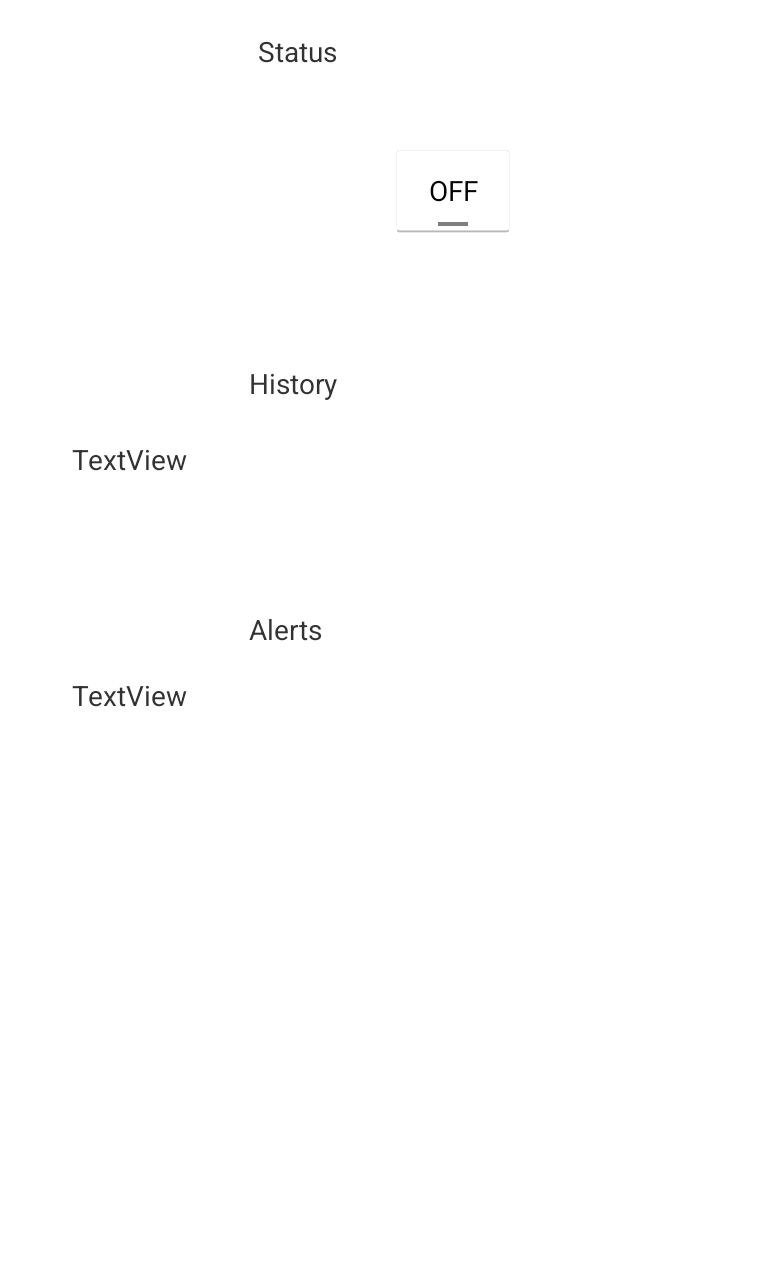
Repository: CTIS-SP-Team5/greenAgent
Layout: Android/GreenAgent/GreenAgent/res/layout/activity_actuator.xml
The author's editor kept a copy of each file at every save. The layout is drawn from the files as they stood at one save, then again after the next save.
It is drawn on a 768 x 1280 px phone screen (xhdpi) without system bars, with theme AppTheme; the app's code is not run.

Above is the layout before, as saved 2014-05-05 17:50:31.

### Android/GreenAgent/GreenAgent/res/layout/activity_actuator.xml
<RelativeLayout xmlns:android="http://schemas.android.com/apk/res/android"
    xmlns:tools="http://schemas.android.com/tools"
    android:layout_width="match_parent"
    android:layout_height="match_parent"
    android:paddingBottom="@dimen/activity_vertical_margin"
    android:paddingLeft="@dimen/activity_horizontal_margin"
    android:paddingRight="@dimen/activity_horizontal_margin"
    android:paddingTop="@dimen/activity_vertical_margin"
    tools:context=".ActuatorActivity" >

    <TextView
        android:id="@+id/textView2"
        android:layout_width="wrap_content"
        android:layout_height="wrap_content"
        android:layout_alignParentLeft="true"
        android:layout_marginLeft="113dp"
        android:text="Status" />

    <TextView
        android:id="@+id/textView1"
        android:layout_width="wrap_content"
        android:layout_height="wrap_content"
        android:layout_alignParentLeft="true"
        android:layout_below="@+id/textView2"
        android:layout_marginLeft="30dp"
        android:layout_marginTop="23dp"
        android:textSize="40dp"/>

    <ToggleButton
        android:id="@+id/toggleButton1"
        android:layout_width="wrap_content"
        android:layout_height="wrap_content"
        android:layout_alignBaseline="@+id/textView1"
        android:layout_alignBottom="@+id/textView1"
        android:layout_marginLeft="26dp"
        android:layout_toRightOf="@+id/textView2"
        android:text="ToggleButton" />

    <TextView
        android:id="@+id/textView3"
        android:layout_width="wrap_content"
        android:layout_height="wrap_content"
        android:layout_below="@+id/toggleButton1"
        android:layout_marginTop="63dp"
        android:layout_toLeftOf="@+id/toggleButton1"
        android:text="History" />

    <TextView
        android:id="@+id/textView4"
        android:layout_width="wrap_content"
        android:layout_height="wrap_content"
        android:layout_alignLeft="@+id/textView3"
        android:layout_below="@+id/textView3"
        android:layout_marginTop="104dp"
        android:text="Alerts" />

    <TextView
        android:id="@+id/textView5"
        android:layout_width="wrap_content"
        android:layout_height="wrap_content"
        android:layout_alignParentLeft="true"
        android:layout_below="@+id/textView3"
        android:layout_marginLeft="20dp"
        android:layout_marginTop="19dp"
        android:text="TextView" />

    <TextView
        android:id="@+id/textView6"
        android:layout_width="wrap_content"
        android:layout_height="wrap_content"
        android:layout_alignLeft="@+id/textView5"
        android:layout_below="@+id/textView4"
        android:layout_marginTop="14dp"
        android:text="TextView" />

</RelativeLayout>

Loaded but not shown: Android/GreenAgent/GreenAgent/res/values/styles.xml (common file); Android/GreenAgent/GreenAgent/res/values-v11/styles.xml (common file); Android/GreenAgent/GreenAgent/res/values-v14/styles.xml (common file); Android/GreenAgent/GreenAgent/res/values/dimens.xml (common file)

After the next save:
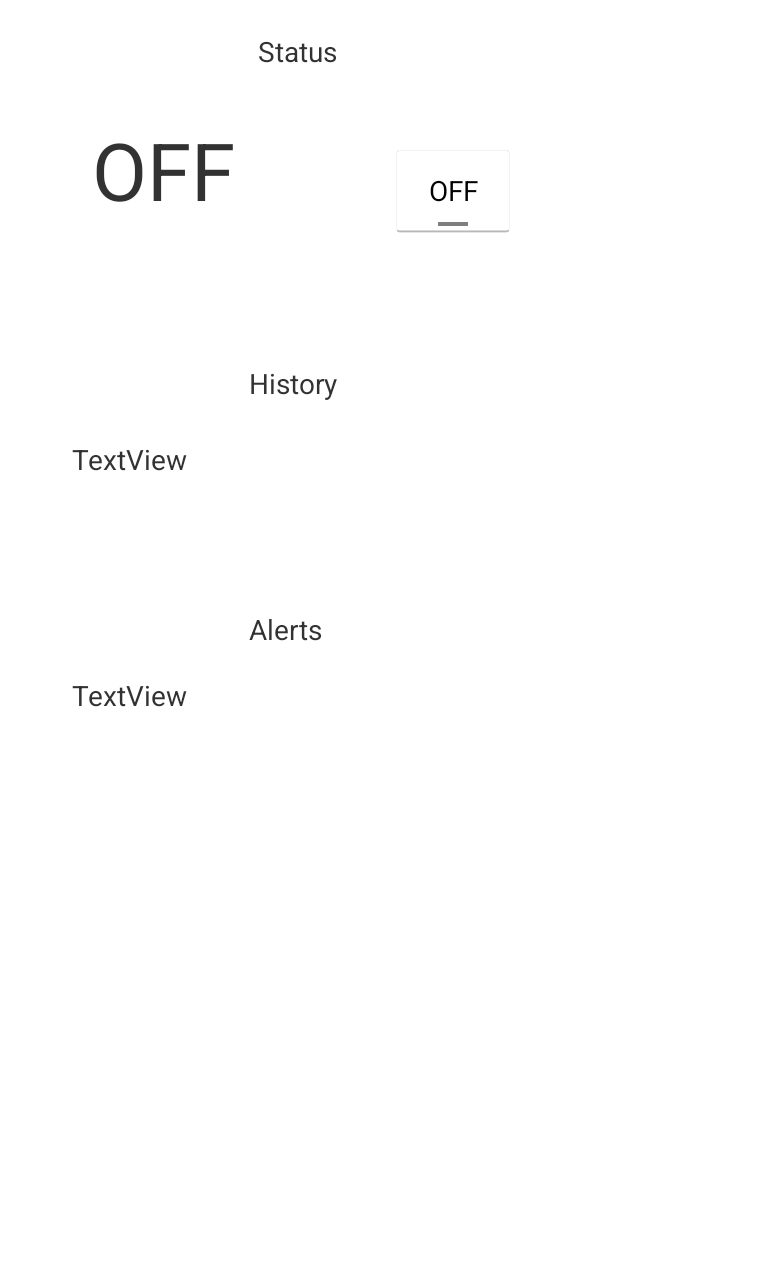
Saved 6 s later.
--- a/Android/GreenAgent/GreenAgent/res/layout/activity_actuator.xml
+++ b/Android/GreenAgent/GreenAgent/res/layout/activity_actuator.xml
@@ -24,6 +24,7 @@
         android:layout_below="@+id/textView2"
         android:layout_marginLeft="30dp"
         android:layout_marginTop="23dp"
+        android:text="OFF"
         android:textSize="40dp"/>
 
     <ToggleButton
